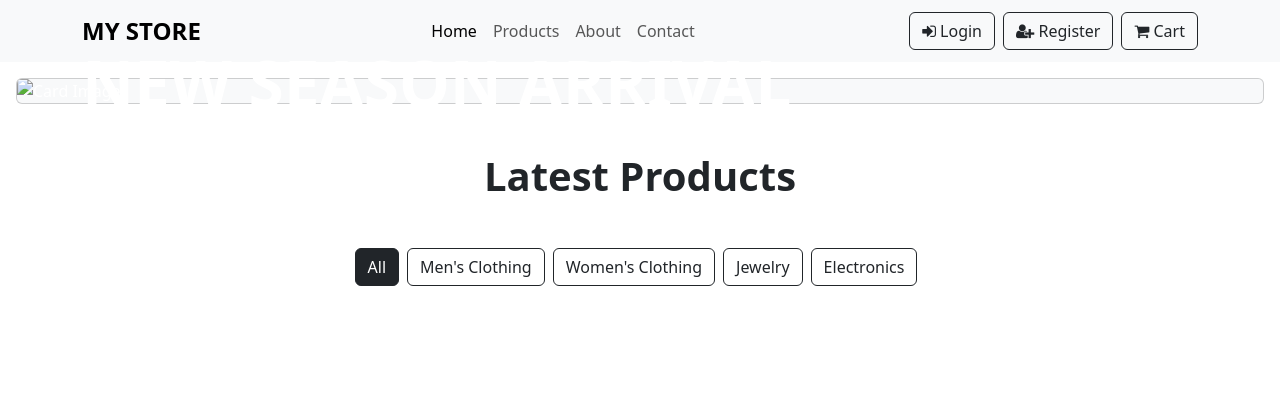
Repository: asad3407886839/E-commerce-Store
Page: /products (app in vite-project/)
An editor plug-in stored every save of this project. The page is shown before and after the next save, followed by the edit.
The browser window is 1280 px wide. The pictures show the whole page.
The page's requests for data from a server got no answer. The project was rebuilt for these pictures with package versions that can differ from the ones it lists, and the page was loaded fresh each time. No one was signed in, and anything a server would have sent is missing. Also part of the build but not shown: vite-project/vite.config.js, vite-project/src/index.css.

Above is the page before, as saved 2024-06-29 19:58:18.

### vite-project/src/main.jsx
import React from 'react';
import ReactDOM from 'react-dom/client';
import App from './App.jsx';
import './index.css';
import 'bootstrap/dist/css/bootstrap.min.css';
import 'bootstrap/dist/js/bootstrap.bundle';
import 'font-awesome/css/font-awesome.min.css';

ReactDOM.createRoot(document.getElementById('root')).render(

    <App />
);

### vite-project/src/App.jsx
import React from 'react';
import Navbar from './components/Navbar';
import Home from './components/Home';
import Products from './components/Products';
// import { BrowserRouter, Routes, Route } from 'react-router-dom';

const App = () => {
  return (
    <div>
      <Navbar />
      <Home />
      <Products />
    </div>
  );
};

export default App;

### vite-project/src/components/Navbar.jsx
import React from 'react';

const Navbar = () => {
  return (
    <div>
      <nav className="navbar navbar-expand-lg navbar-light bg-light">
        <div className="container">
          <a className="navbar-brand fw-bold fs-4" href="/">MY STORE</a>
          <button
            className="navbar-toggler"
            type="button"
            data-bs-toggle="collapse"
            data-bs-target="#navbarSupportedContent"
            aria-controls="navbarSupportedContent"
            aria-expanded="false"
            aria-label="Toggle navigation"
          >
            <span className="navbar-toggler-icon"></span>
          </button>
          <div className="collapse navbar-collapse" id="navbarSupportedContent">
            <ul className="navbar-nav mx-auto mb-2 mb-lg-0">
              <li className="nav-item">
                <a className="nav-link active" aria-current="page" href="/">Home</a>
              </li>
              <li className="nav-item">
                <a className="nav-link" href="/products">Products</a>
              </li>
              <li className="nav-item">
                <a className="nav-link" href="/about">About</a>
              </li>
              <li className="nav-item">
                <a className="nav-link" href="/contact">Contact</a>
              </li>
            </ul>
            <div className="buttons">
              <a href="/login" className="btn btn-outline-dark">
                <i className="fa fa-sign-in"></i> Login
              </a>
              <a href="/register" className="btn btn-outline-dark ms-2">
                <i className="fa fa-user-plus"></i> Register
              </a>
              <a href="/cart" className="btn btn-outline-dark ms-2">
                <i className="fa fa-shopping-cart"></i> Cart
              </a>
            </div>
          </div>
        </div>
      </nav>
    </div>
  );
};

export default Navbar;

### vite-project/src/components/Home.jsx
import React from 'react';

const Home = () => {
  return (
    <div className="hero">
       <div className="card text-white bg-light position-relative m-3" >
       <img
          src="https://avatars.mds.yandex.net/i?id=39f40d791f1f7c86e921481b05da4f674ca95710-12803937-images-thumbs&n=13"
          className="card-img"
          alt="Card Image"
          style={{ maxHeight: '750px', width: 'auto' }}
        />
        <div className="card-img-overlay d-flex align-items-center justify-content-start">
          <div className="container text-start">
            <h5 className="card-title display-3 fw-bold mb-0 text-white">NEW SEASON ARRIVAL</h5>
            <p className="card-text text-uppercase text-white">Check Out All Trends</p>
          </div>
        </div>
      </div>
    </div>
  );
};

export default Home;

### vite-project/src/components/Products.jsx
import React, { useState, useEffect } from 'react';

const Products = () => {
  const [data, setData] = useState([]);
  const [loading, setLoading] = useState(false);
  const [category, setCategory] = useState('All'); // State to track selected category

  useEffect(() => {
    const fetchProducts = async () => {
      setLoading(true);
      try {
        const response = await fetch('https://fakestoreapi.com/products');
        const result = await response.json();
        setData(result);
      } catch (error) {
        console.error("Error fetching data:", error);
      } finally {
        setLoading(false);
      }
    };

    fetchProducts();
  }, []);

  const filterProducts = (category) => {
    setCategory(category); // Update selected category
  };

  const filteredProducts = category === 'All' ? data : data.filter(product => product.category === category);

  const showProducts = () => {
    return (
      <>
        <div className="buttons d-flex justify-content-center mb-3">
          <button className={`btn btn-outline-dark me-2 ${category === 'All' ? 'active' : ''}`} onClick={() => filterProducts('All')}>All</button>
          <button className={`btn btn-outline-dark me-2 ${category === "Men's Clothing" ? 'active' : ''}`} onClick={() => filterProducts("Men's Clothing")}>Men's Clothing</button>
          <button className={`btn btn-outline-dark me-2 ${category === "Women's Clothing" ? 'active' : ''}`} onClick={() => filterProducts("Women's Clothing")}>Women's Clothing</button>
          <button className={`btn btn-outline-dark me-2 ${category === 'Jewelry' ? 'active' : ''}`} onClick={() => filterProducts('Jewelry')}>Jewelry</button>
          <button className={`btn btn-outline-dark me-2 ${category === 'Electronics' ? 'active' : ''}`} onClick={() => filterProducts('Electronics')}>Electronics</button>
        </div>
        <div className="row row-cols-1 row-cols-md-3 g-3">
          {filteredProducts.map((product) => (
            <div key={product.id} className="col-12 col-md-3 mb-4 mt-5">
              <div className="card text-center p-3">
                <img
                  src={product.image}
                  className="card-img-top"
                  alt={product.title}
                  style={{ maxHeight: '250px' }}
                />
                <div className="card-body">
                  <h5 className="card-title">{product.title}</h5>
                  <p className="card-text lead fw-bold">${product.price}</p>
                  <a href="#" className="btn btn-outline-dark">
                    Buy Now
                  </a>
                </div>
              </div>
            </div>
          ))}
        </div>
      </>
    );
  };

  if (loading) {
    return <div className="mx-5 my-5">Loading...</div>;
  }

  return (
    <div className="container-fluid my-5">
      <h1 className="display-6 fw-bolder text-center mb-4">Latest Products</h1>
      <div className="mx-5 my-5">
        {showProducts()}
      </div>
    </div>
  );
};

export default Products;

Loaded but not shown: vite-project/index.html (common file)

After the next save:
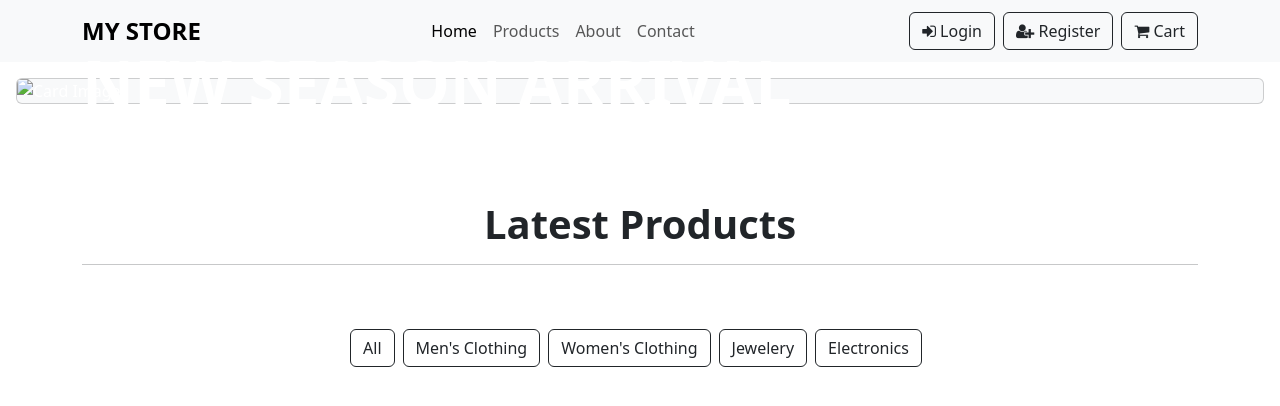
Saved 2 min 32 s later.
--- a/vite-project/src/components/Products.jsx
+++ b/vite-project/src/components/Products.jsx
@@ -2,8 +2,9 @@ import React, { useState, useEffect } from 'react';
 
 const Products = () => {
   const [data, setData] = useState([]);
+  const [filter, setFilter] = useState([]);
   const [loading, setLoading] = useState(false);
-  const [category, setCategory] = useState('All'); // State to track selected category
+  let componentMounted = true;
 
   useEffect(() => {
     const fetchProducts = async () => {
@@ -11,47 +12,52 @@ const Products = () => {
       try {
         const response = await fetch('https://fakestoreapi.com/products');
         const result = await response.json();
-        setData(result);
+        if (componentMounted) {
+          setData(result);
+          setFilter(result);
+          setLoading(false);
+        }
       } catch (error) {
         console.error("Error fetching data:", error);
-      } finally {
         setLoading(false);
       }
     };
 
     fetchProducts();
+
+    return () => {
+      componentMounted = false;
+    };
   }, []);
 
-  const filterProducts = (category) => {
-    setCategory(category); // Update selected category
-  };
-
-  const filteredProducts = category === 'All' ? data : data.filter(product => product.category === category);
+  if (loading) {
+    return <div>Loading...</div>;
+  }
 
   const showProducts = () => {
     return (
       <>
-        <div className="buttons d-flex justify-content-center mb-3">
-          <button className={`btn btn-outline-dark me-2 ${category === 'All' ? 'active' : ''}`} onClick={() => filterProducts('All')}>All</button>
-          <button className={`btn btn-outline-dark me-2 ${category === "Men's Clothing" ? 'active' : ''}`} onClick={() => filterProducts("Men's Clothing")}>Men's Clothing</button>
-          <button className={`btn btn-outline-dark me-2 ${category === "Women's Clothing" ? 'active' : ''}`} onClick={() => filterProducts("Women's Clothing")}>Women's Clothing</button>
-          <button className={`btn btn-outline-dark me-2 ${category === 'Jewelry' ? 'active' : ''}`} onClick={() => filterProducts('Jewelry')}>Jewelry</button>
-          <button className={`btn btn-outline-dark me-2 ${category === 'Electronics' ? 'active' : ''}`} onClick={() => filterProducts('Electronics')}>Electronics</button>
+        <div className="buttons d-flex justify-content-center mb-5 pb-5">
+          <button className="btn btn-outline-dark me-2" onClick={() => setFilter(data)}>All</button>
+          <button className="btn btn-outline-dark me-2" onClick={() => setFilter(data.filter(product => product.category === 'men\'s clothing'))}>Men's Clothing</button>
+          <button className="btn btn-outline-dark me-2" onClick={() => setFilter(data.filter(product => product.category === 'women\'s clothing'))}>Women's Clothing</button>
+          <button className="btn btn-outline-dark me-2" onClick={() => setFilter(data.filter(product => product.category === 'jewelery'))}>Jewelery</button>
+          <button className="btn btn-outline-dark me-2" onClick={() => setFilter(data.filter(product => product.category === 'electronics'))}>Electronics</button>
         </div>
-        <div className="row row-cols-1 row-cols-md-3 g-3">
-          {filteredProducts.map((product) => (
-            <div key={product.id} className="col-12 col-md-3 mb-4 mt-5">
-              <div className="card text-center p-3">
+        <div className="row">
+          {filter.map((product) => (
+            <div className="col-md-3 mb-4" key={product.id}>
+              <div className="card h-100 text-center p-3">
                 <img
                   src={product.image}
                   className="card-img-top"
                   alt={product.title}
-                  style={{ maxHeight: '250px' }}
+                  height="250px"
                 />
                 <div className="card-body">
                   <h5 className="card-title">{product.title}</h5>
-                  <p className="card-text lead fw-bold">${product.price}</p>
-                  <a href="#" className="btn btn-outline-dark">
+                  <p className="card-text">${product.price}</p>
+                  <a href="#" className="btn btn-primary">
                     Buy Now
                   </a>
                 </div>
@@ -63,14 +69,15 @@ const Products = () => {
     );
   };
 
-  if (loading) {
-    return <div className="mx-5 my-5">Loading...</div>;
-  }
-
   return (
-    <div className="container-fluid my-5">
-      <h1 className="display-6 fw-bolder text-center mb-4">Latest Products</h1>
-      <div className="mx-5 my-5">
+    <div className="container my-5 py-5">
+      <div className="row">
+        <div className="col-12 mb-5">
+          <h1 className="display-6 fw-bolder text-center">Latest Products</h1>
+          <hr />
+        </div>
+      </div>
+      <div className="row justify-content-center">
         {showProducts()}
       </div>
     </div>
